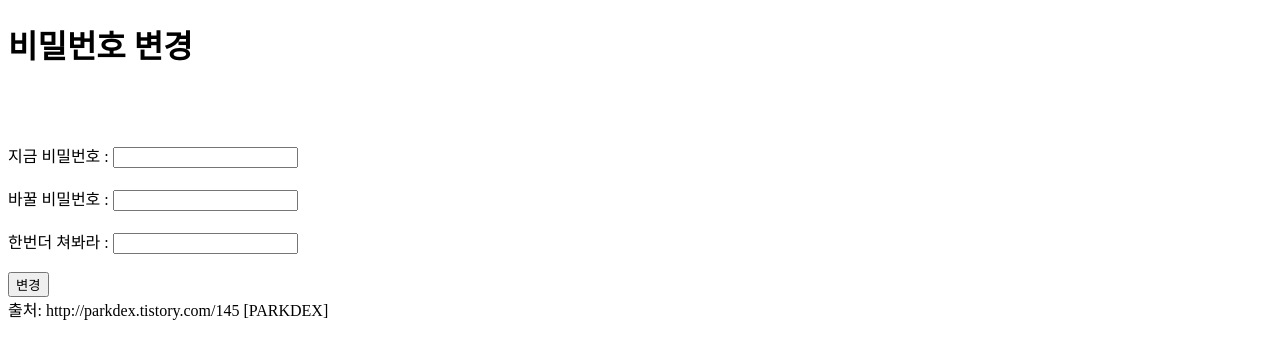
Repository: teeeeeeemo/workspace_spring
Page: http://localhost/BoardWeb/changeUserInfo.jsp
An editor plug-in stored every save of this project. The page is shown before and after the next save, followed by the edit.
The browser window is 1280 px wide. The pictures show the whole page.
The page is served by Tomcat 9. Nobody is signed in. The application's start-up code is not run.

Above is the page before, as saved 2017-01-29 08:16:03.

After the next save:
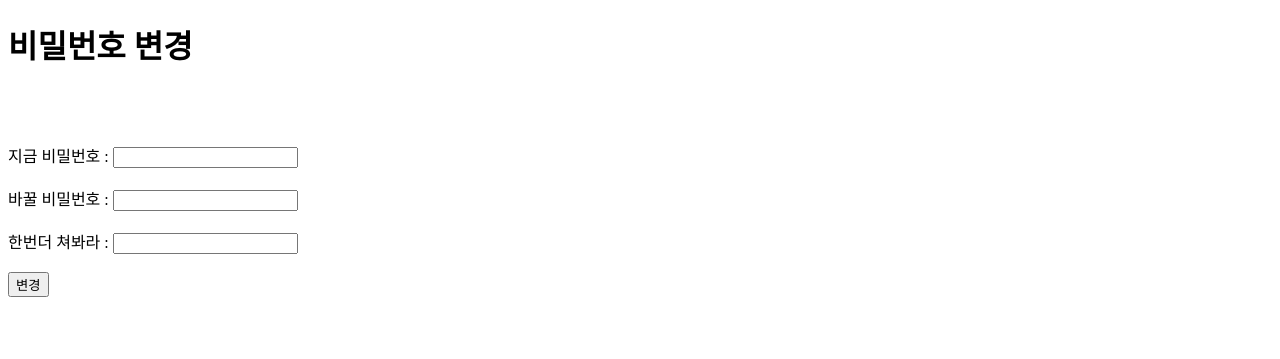
Saved 12 s later.
--- a/BoardWeb/src/main/webapp/changeUserInfo.jsp
+++ b/BoardWeb/src/main/webapp/changeUserInfo.jsp
@@ -48,6 +48,4 @@
 
 </body>
 
-
-출처: http://parkdex.tistory.com/145 [PARKDEX]
 </html>
